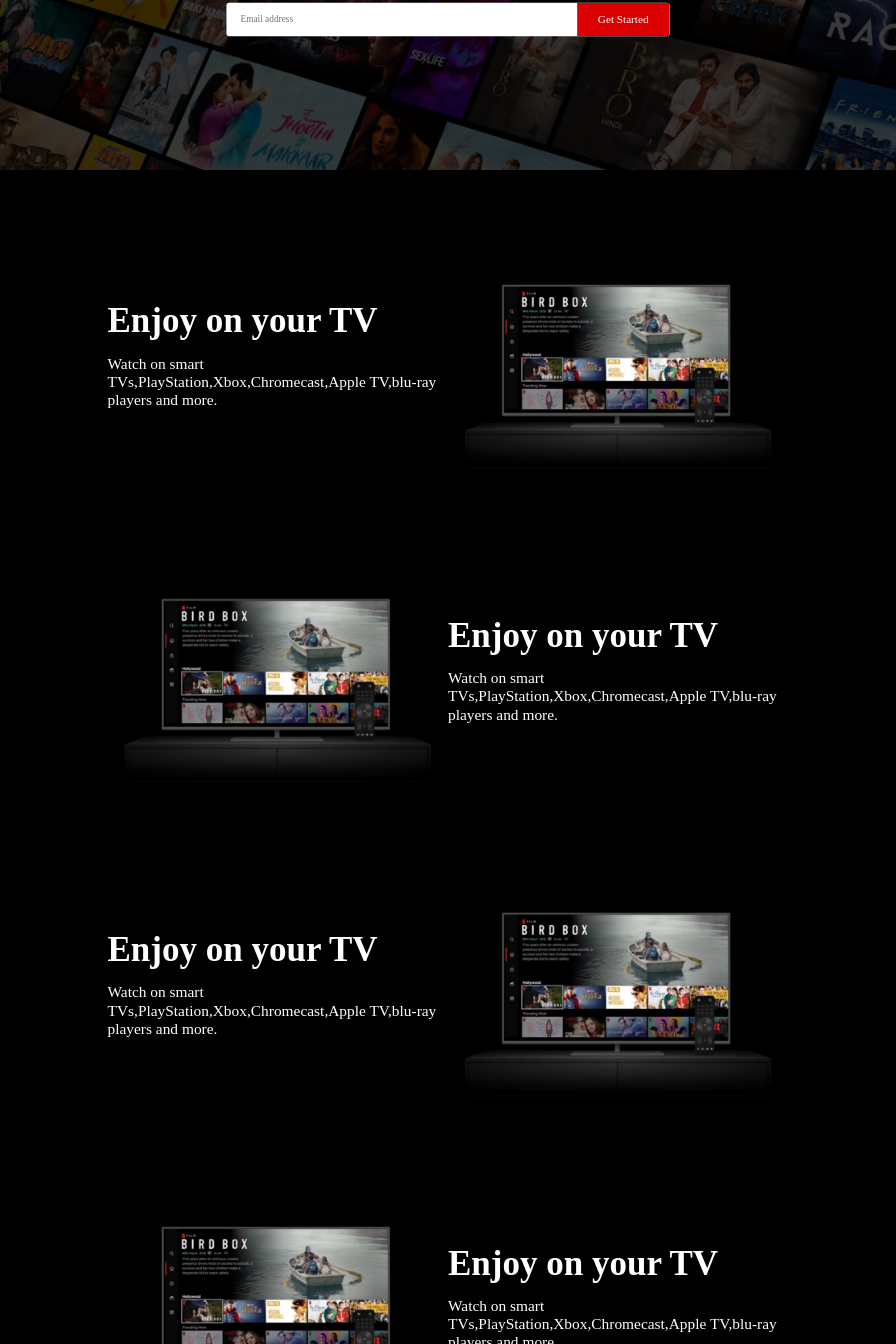
Repository: kiranjeetkaur01/netflixclone.github.io
Page: index.html
The author's editor kept a copy of each file at every save. The page is drawn from the files as they stood at one save, then again after a run of saves.
The browser window is 1280 px wide. The pictures show the part of the page from y = 477 to 2397 px (the page is 2614 px tall), at 70% of full size.

Above is the page before, as saved 2023-09-11 17:53:33.

### index.html
<!DOCTYPE html>
<html lang="en">
<head>
    <meta charset="UTF-8">
    <meta name="viewport" content="width=device-width, initial-scale=1.0">
    <title>Netflix Clone</title>
    <link rel="stylesheet" href="style.css">
</head>
<body>
   <div class="header">
<nav>
    <img src="./logo.png" alt="" class="logo">
    <div>
        <button class="language-btn">English <img src="./down-icon.png" alt=""></button>
        <button>Sign In</button>
    </div>
</nav>
<div class="header-content">
    <h1>Laughter. &nbsp;Tears.&nbsp; Thrills.&nbsp; Find it all on <br>Netflix.</h1>
    <h3>Watch anywhere. Cancel anytime.</h3>
    <p>Ready to watch? Enter your email to create or restart your membership.</p>
    <form class="email-signup">
        <input type="email" placeholder="Email address" required>
        <button type="submit">Get Started</button>
    </form>

</div>
   </div>
   <div class="features">
    <div class="row">
        <div class="text-col">
            <h2>Enjoy on your TV</h2>
            <P>Watch on smart TVs,PlayStation,Xbox,Chromecast,Apple TV,blu-ray players and more.</P>
        </div>
        <div class="img-col">
            <img src="./feature-1.png" alt="">
        </div>
    </div>
    <div class="row">
        <div class="img-col">
            <img src="./feature-1.png" alt="">
        </div>
        <div class="text-col">
            <h2>Enjoy on your TV</h2>
            <P>Watch on smart TVs,PlayStation,Xbox,Chromecast,Apple TV,blu-ray players and more.</P>
        </div>

    </div>
    <div class="row">
        <div class="text-col">
            <h2>Enjoy on your TV</h2>
            <P>Watch on smart TVs,PlayStation,Xbox,Chromecast,Apple TV,blu-ray players and more.</P>
        </div>
        <div class="img-col">
            <img src="./feature-1.png" alt="">
        </div>
    </div>
    <div class="row">
        <div class="img-col">
            <img src="./feature-1.png" alt="">
        </div>
        <div class="text-col">
            <h2>Enjoy on your TV</h2>
            <P>Watch on smart TVs,PlayStation,Xbox,Chromecast,Apple TV,blu-ray players and more.</P>
        </div>

    </div>
   </div>
</body>
</html>

### style.css
*{
    margin: 0;
    padding: 0;
    box-sizing: border-box;
    font-family: gilroy;
}
html,body{
    height: 100%;
    width: 100%;
}
body{
    background: #000;
    color: #fff;
}
.header{
    width: 100%;
    height: 100vh;
    background-image: linear-gradient(rgba(0,0,0,0.7),rgba(0,0,0,0.7)),url(./bg.jpg);
    background-size: cover;
    background-position: center;
    padding: 10px 8%;
    position: relative;
}
nav{
    display: flex;
    align-items: center;
    justify-content: space-between;
    padding: 10px 0;
}
.logo{
    width: 140px;
    cursor: pointer;
}
nav button{
    border: 0;
    outline: 0;
    background: #db0001;
    color: #fff;
    padding: 7px 20px;
    font-size: 12px;
    border-radius: 4px;
    margin-left: 10px;
    cursor: pointer;
}
.language-btn{
    display: inline-flex;
    align-items: center;
    background: transparent;
    border: 1px solid #fff;
    padding: 7px 10px;
}
.language-btn img{
    width: 10px;
    margin-left: 10px;
}

.header-content{
    position: absolute;
    top: 50%;
    left: 50%;
    transform: translate(-50%,-50%);
    text-align: center;
    margin-top: 60px;
}
.header-content h1{
    font-size: 35px;
    line-height: 40px;
    font-weight: 600;
    letter-spacing: 1px;
    max-width: 680px;
}
.header-content h3{
    font-weight: 400;
    margin-bottom: 20px;
}
.email-signup{
    background: #fff;
    border-radius: 4px;
display: flex;
align-items: center;
margin-top: 30px;
overflow: hidden;
}
.email-signup input{
    flex: 1;
    border: 0;
    outline: 0;
    margin-left: 20px;
}
.email-signup button{
    background: #db0001;
    border: 0;
    outline: 0;
    color: #fff;
    font-size: 16px;
    cursor: pointer;
    padding: 15px 30px;
}
/* --------features---------- */
.features{
    padding: 50px 12%;
    font-size: 22px;
}
.row{
    display: flex;
    width: 100%;
    align-items: center;
    flex-wrap: wrap;
    padding: 50px 0;
}
.text-col{
    flex-basis: 50%;
    margin-bottom: 20px;
}
.img-col{
    flex-basis: 50%;
    margin-bottom: 20px;
}
.img-col img{
    display: block;
    width: 90%;
    margin: auto;

}
.features h2{
    font-size: 50px;
    font-weight: 600;
    margin-bottom: 20px;
}

After the next 4 saves:
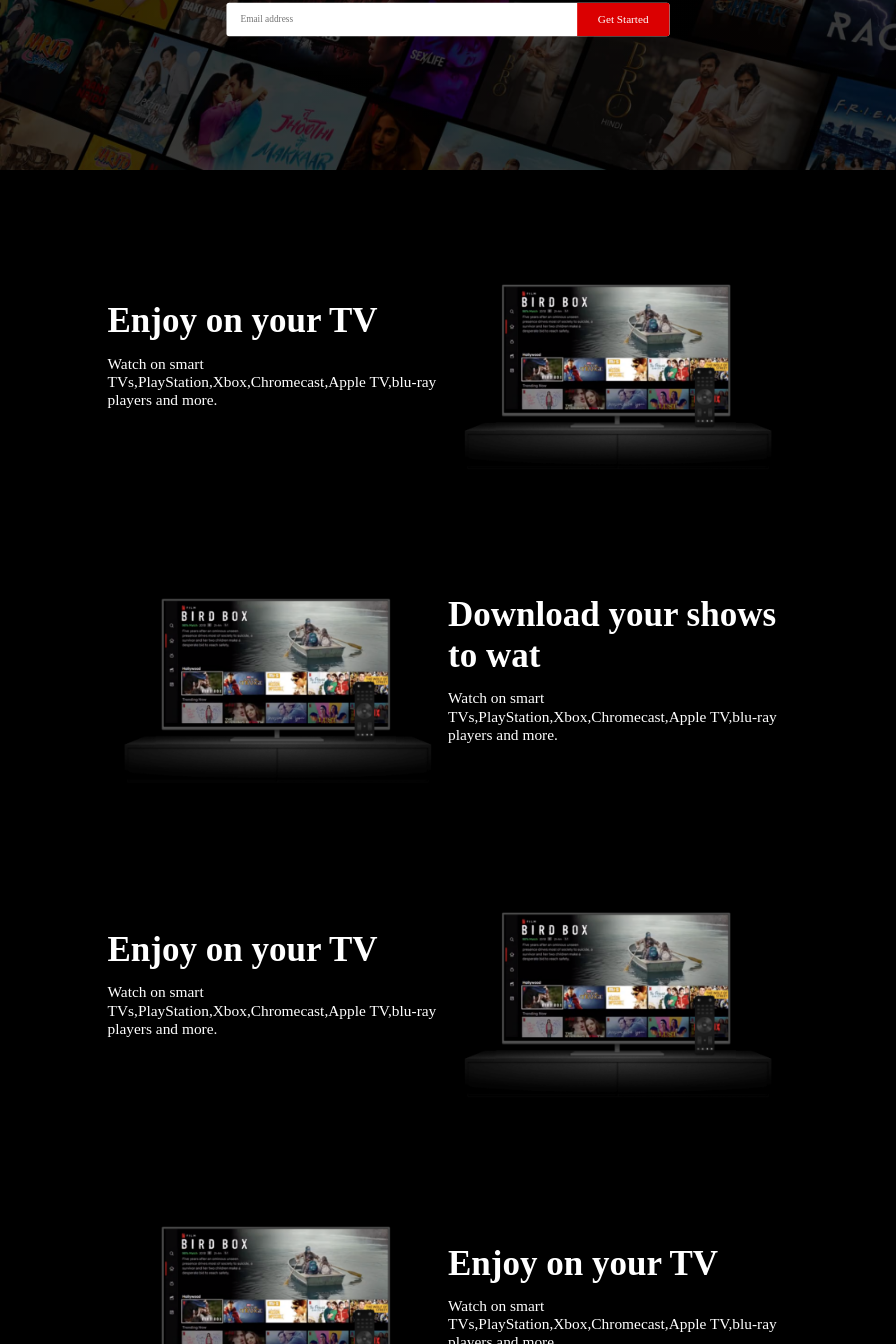
The 4 saves are shown as one change because they came seconds apart.
The last was saved 79 s later.
--- a/index.html
+++ b/index.html
@@ -41,7 +41,7 @@
             <img src="./feature-1.png" alt="">
         </div>
         <div class="text-col">
-            <h2>Enjoy on your TV</h2>
+            <h2>Download your shows to wat</h2>
             <P>Watch on smart TVs,PlayStation,Xbox,Chromecast,Apple TV,blu-ray players and more.</P>
         </div>
 
